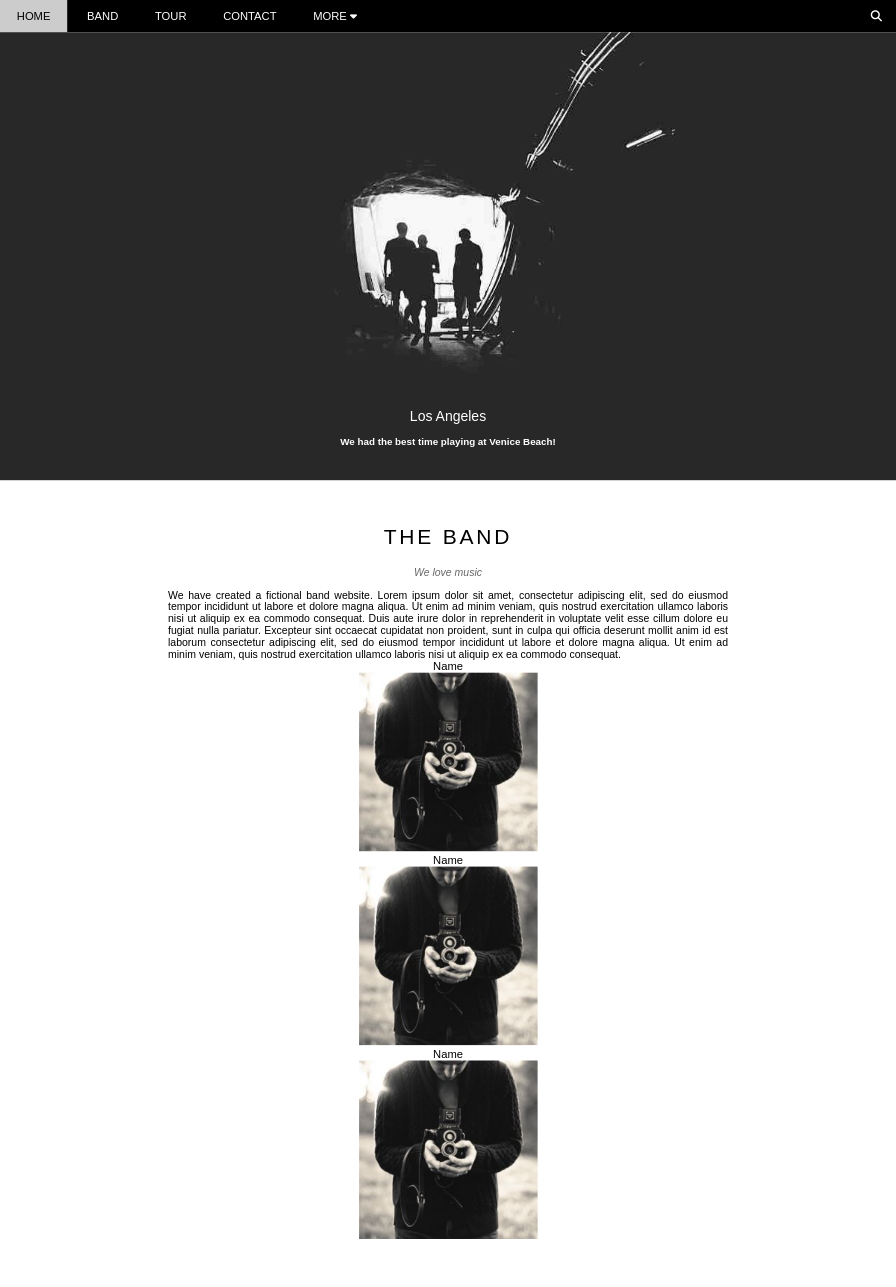
Repository: TranPhucThinh/clone-the-band
Page: index.html
An editor plug-in stored every save of this project. The page is shown before and after a run of saves, followed by the edit.
The browser window is 1280 px wide. The pictures show the whole page, at 70% of full size.
Some web libraries are served in a nearby version.

Above is the page before, as saved 2022-08-04 10:49:59.

After the next 2 saves:
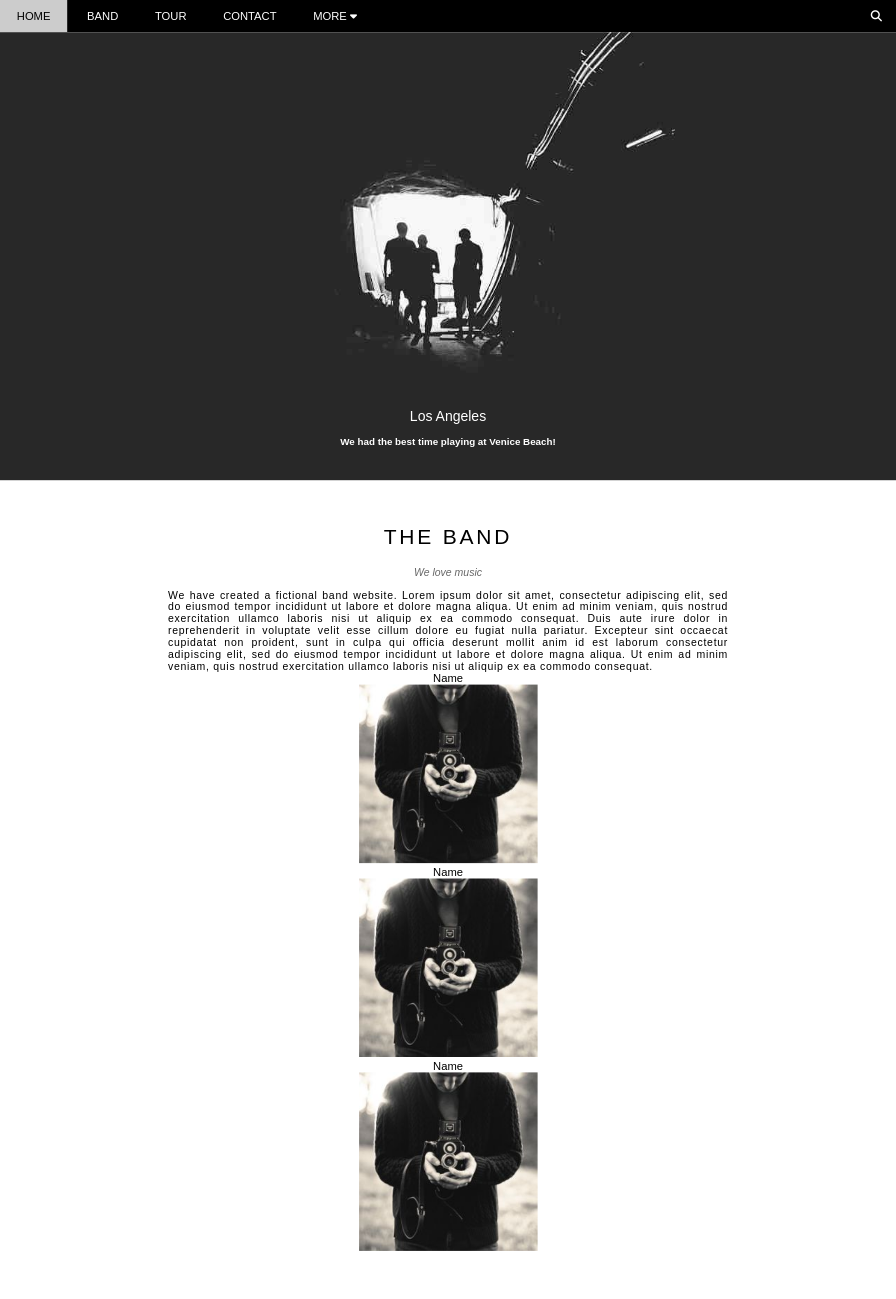
The 2 saves are shown as one change because they came seconds apart.
The last was saved 15 s later.
--- a/assets/style.css
+++ b/assets/style.css
@@ -139,4 +139,5 @@ html {
 #content .desc {
   text-align: justify;
   font-size: 15px;
+  letter-spacing: 1px;
 }
